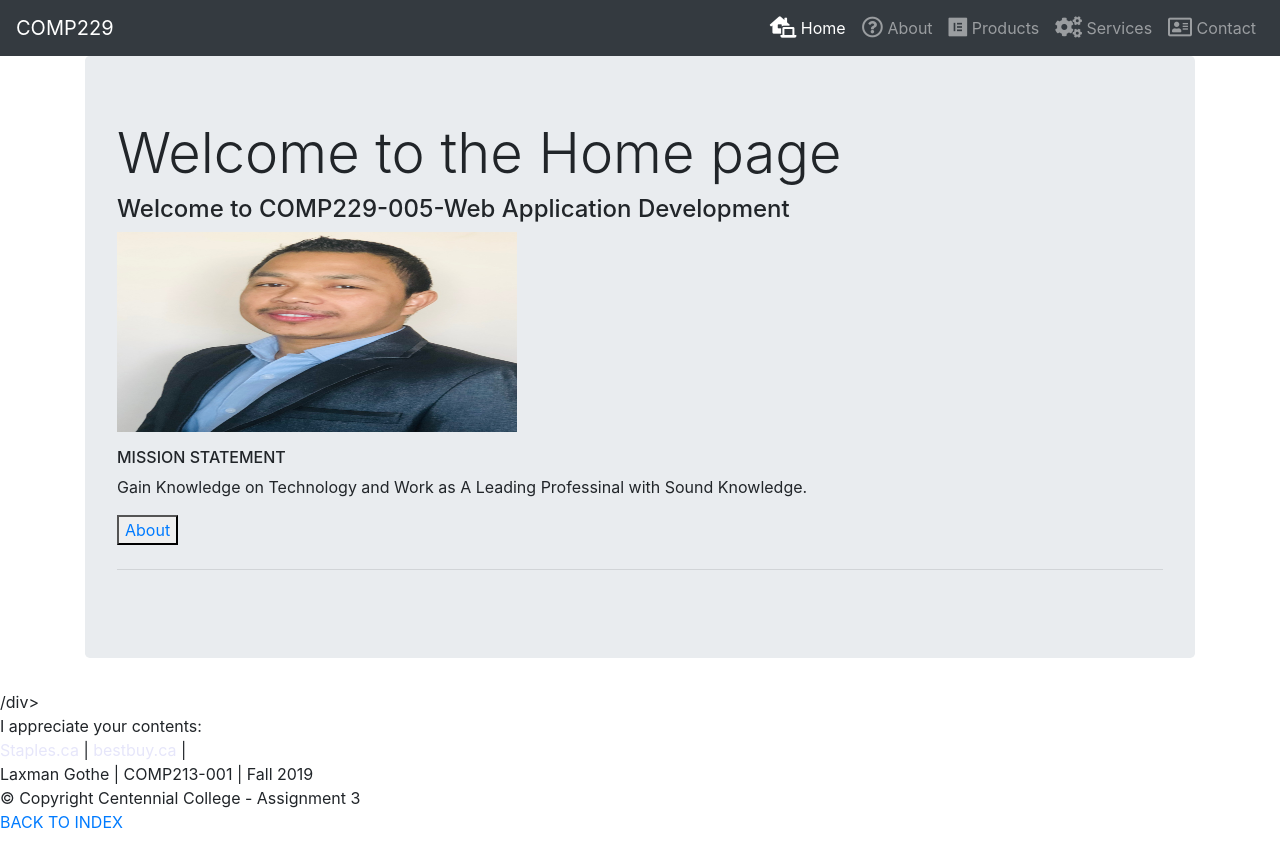
Repository: laxmangothe2020/COMP229Assignment
Page: http://localhost/
An editor plug-in stored every save of this project. The page is shown before and after the next save, followed by the edit.
The browser window is 1280 px wide. The pictures show the whole page.
The page is served by the project's Node server (server.js). Other server files are loaded and not shown.

Above is the page before, as saved 2021-02-10 23:44:34.

### views/index.ejs

<%- include partials/header.ejs %>

   <%- include partials/main_nav.ejs %>

      <!-- Main Contain -->
   <main class="container">
    <div class="jumbotron">
    <h1 class="display-4"> Welcome to the <%= title %> page </h1>
    <!--Using Switch case all infornation passed through here-->
      <% switch (title) {
        case 'Home' : %>
        <%- include partials/home.ejs %>
                <% break;

        case 'About' : %>
        <%- include partials/about.ejs %>
                <% break;

        case 'Products' : %>
        <%- include partials/products.ejs %>
                <% break;

        case 'Services' : %>
        <%- include partials/services.ejs %>
                <% break;

        case 'Contact' : %>
        <%- include partials/contact.ejs %>
              <% break;
       } %>
      <hr class="my-4">
    </div>
  </main>

   <%- include partials/bottom_nav.ejs %>


    <%- include partials/footer.ejs %>

### views/partials/header.ejs

<!DOCTYPE html>
<html lang="en">
  <head>
   <meta charset="UTF-8">
   <meta name="viewport" content="with=device-width, initial-scale=1.0">
    <title><%= title %></title>

  <!-- CSS Section-->
  <link rel="stylesheet" href="/bootstrap/dist/css/bootstrap.min.css">
  <link rel="stylesheet" href="/@fortawesome/fontawesome-free/css/all.min.css">
  <link rel='stylesheet' href='/Content/app.css'/>

</head>
<body>

### views/partials/main_nav.ejs
<!-- Main Navigation -->
   <nav class="navbar navbar-expand-lg navbar-dark bg-dark">
      <a class="navbar-brand" href="/">COMP229</a>
      <button class="navbar-toggler" type="button" data-toggle="collapse" data-target="#navbarSupportedContent" aria-controls="navbarSupportedContent" aria-expanded="false" aria-label="Toggle navigation">
       <span class="navbar-toggler-icon"></span>
     </button>

     <div class="collapse navbar-collapse" id="navbarSupportedContent">
        <ul class="navbar-nav ml-auto">

          <% if (title == "Home") { %>
        <li class="nav-item active">
        <% } else { %>
        <li class="nav-item">
        <% } %>
          <a class="nav-link" href="/home"><i class="fas fa-lg fa-laptop-house"></i> Home </a>
        </li>

        <% if (title == "About") { %>
          <li class="nav-item active">
          <% } else { %>
          <li class="nav-item">
          <% } %>
        <a class="nav-link" href="/about"><i class="far fa-lg fa-question-circle"></i> About </a>
        </li>

        <% if (title == "Products") { %>
          <li class="nav-item active">
          <% } else { %>
          <li class="nav-item">
          <% } %>
        <a class="nav-link" href="/products"><i class="fab fa-lg fa-elementor"></i> Products </a>
        </li>

        <% if (title == "Services") { %>
          <li class="nav-item active">
          <% } else { %>
          <li class="nav-item">
          <% } %>
        <a class="nav-link" href="/services"><i class="fas fa-lg fa-cogs"></i> Services </a>
        </li>

        <% if (title == "Contact") { %>
          <li class="nav-item active">
          <% } else { %>
          <li class="nav-item">
          <% } %>
        <a class="nav-link" href="/contact"><i class="far fa-lg fa-address-card"></i> Contact </a>

        </li>

      </div>
    </nav>

### views/partials/home.ejs
<body>

    <div class="content">
        <h4>Welcome to COMP229-005-Web Application Development</h4>
        <img src="./Assets/images/lax.jpeg" width="400" height="200" >
        <p>
            <h6> MISSION STATEMENT</h6> Gain Knowledge on Technology and Work as A Leading Professinal with Sound Knowledge.
        </p>
        <p>
            <button class="active"><a href="/about"> About </a></button>
        </p>
    </div>

</body>

### views/partials/about.ejs


    <div id="contentEditable">


                    <div style="background-color: #C0C0C0;margin-bottom: 10px">
                        <h3 style="padding-left: 40px;padding-top:20px;color: #AA7439"> About Me </h3>
                        <div style="width: 100%;height:100%;background-color:#C0C0C0;">
                            <img src="./Assets/images/laxman.jpeg" alt="Security for Life" width="15%" style="float: right;margin-left: 30px;margin-right:30px">
                           <p style="padding-left:15px; padding-right: 10px; color:#696969;margin:20px;text-align: justify;line-height:1.7;padding-bottom: 20px;">
                             &nbsp;&nbsp;&nbsp;&nbsp;&nbsp;&nbsp;&nbsp;&nbsp;The Civil Homes REALTORS® is a small, family owned real estate company with full-time Professional REALTORS®. We have been in business in Madison since 1990 and have helped hundreds of people and families buy and sell homes throughout the years all over Madison, Dane County and the surrounding counties. The Civil Homes REALTORS® is licensed in the State of Toronto.
                             <br>
                             <br>&nbsp;&nbsp;&nbsp;&nbsp;&nbsp;&nbsp;&nbsp;&nbsp;We pride ourselves on the quality of service that we provide, not the quantity that we sell. We find that our clients are extremely satisfied with the services we provide, because they know that our first concern is always their best interests. The wants and needs of our clients are always at the forefront of our business practices and are the driving force behind all that we do.

                           </p>
    </div>


        </div>


        </div>
<p><a href="/public/PDF/resume.pdf"> Resume </a></button></p>

### views/partials/products.ejs
<div class="row">
    <div class="column">
        <img src="./Assets/images/mobile.jpg" width="350" height="250" >
        <p> The main purpose to develop this project is<br>
            to roll the dice. we have two diaces here, <br>
            when we click on the roll button, it shows<br>
            the number and also shows the total number<br>
            by adding the number of both dice.</p>
    </div>
    <div class="column">
        <img src="./Assets/images/game.jpg" width="350" height="250" >
        <p> This is the Slot Machine Project. The main<br>
            purpose to develop this project is to show<br>
            how the jackpot works. When we bet  amount<br>
            and play,it shows either we win the game or<br>
            loose. It shows credic, balance and jackpot.</p>
    </div>
    <div class="column">
        <img src="./Assets/images/software.jpg" width="350" height="250" >
        <p> This is a 5 page project of Web Application<br>
            The main purpose to develop this project is <br>
            to run multi-pages and show the importance <br>
            of each pages. Home, About, Products, Services<br>
            and Contact pages are the pages of this project</p>
    </div>
 </div>

### views/partials/services.ejs
<div class="row">
    <div class="column">
        <img src="./Assets/images/qualityassurance.jpg" width="350" height="250" >
    </div>
    <div class="column">
        <img src="./Assets/images/softwaredev.jpg" width="350" height="250" >
    </div>
    <div class="column">
        <img src="./Assets/images/technical.jpg" width="350" height="250" >
    </div>
    <h3>Our Services:</h3> <br>
        <p>We work for several aspects of IT related tasks. Our Main purpose is to make sure on the Quality of our products.
            Similarly, Web designing, coding by using C#, JavaScript, Database are our major focus. We provide service to the customer
            in a fast paced way. All the customers are happy with our Service.
        </p>
</div>

### views/partials/contact.ejs
<div class="container">
    <h1 class="display-5">CONTACT FIELD</h1>
    <div id="errorMessage" class="alert alert-danger" role="alert" hidden>

    </div>
    <hr>
    <form id="conactForm">
      <div class="form-group">
        <label for="firstName">First Name</label>
        <input type="text" class="form-control" id="firstName" name="firstName" aria-describedby="firstName"
        placeholder="Enter First Name" required autofocus>
      </div>

      <div class="form-group">
        <label for="lastName">Last Name</label>
        <input type="text" class="form-control" id="lastName" name="lastName" aria-describedby="lastName"
        placeholder="Enter Last Name" required>
      </div>

      <div class="form-group">
        <label for="contactNumber">Contact Number</label>
        <input type="tel" class="form-control" id="contactNumber" name="contactNumber" aria-describedby="contactNumber"
        placeholder="Enter Contact Number" required>
      </div>

      <div class="form-group">
        <label for="emailAddress">Email address</label>
        <input type="email" class="form-control" id="emailAddress" name="emailAddress" aria-describedby="emailAddress"
        placeholder="Enter Email" required>
      </div>

      <div class="form-group">
        <label for="shortMessage">Your Message</label>
        <textarea class="form-control" id="shortMessage"  name="shortMessage" rows="3" aria-describedby="shortMessage" placeholder="--If you have Short message, please write here--" required></textarea></textarea>
      </div>

      <a href="/"><button type="button" value="Submit"class="btn btn-primary btn-lg"><i class="fas fa-file-import"></i>Send</button></a>
      <!--<button id="submitButton" type="submit" class="btn btn-primary btn-lg"><i class="fas fa-share-square"></i> Send</button> -->
      <button id="resetButton" type="reset" class="btn btn-warning btn-lg"><i class="fas fa-redo"></i> Reset</button>
      <br>
      <br>
      <br>
    </form>

  </div>

### views/partials/bottom_nav.ejs
<!-- Bottom Nav -->

    /div>
            <footer>
                    <p style="font-size: medium;">I appreciate your contents: <br>
                        <a href="https://www.staples.ca" style="text-decoration: none;color:lavender">Staples.ca</a>
                        | <a href="https://www.bestbuy.ca" style="text-decoration: none;color:lavender">bestbuy.ca</a> |

                         <br>
                    Laxman Gothe | COMP213-001 | Fall 2019
                <br>&copy;&nbsp;Copyright Centennial College - Assignment 3  <br>
            <a href="../index.html">BACK TO INDEX</a></p>
            </footer>

        </div>

### views/partials/footer.ejs
<!-- Script Section-->
    <script src="/jquery/dist/jquery.min.js"></script>
    <script src="/bootstrap/dist/js/bootstrap.min.js"></script>
    <script src="/Scripts/app.js"></script>
 </body>
</html>

### server.js
#!/usr/bin/env node

/**
 * Module dependencies.
 */

let app = require('./app');
let debug = require('debug')('week4:server');
let http = require('http');

/**
 * Get port from environment and store in Express.
 */

let port = normalizePort(process.env.PORT || '3000');
app.set('port', port);

/**
 * Create HTTP server.
 */

let server = http.createServer(app);

/**
 * Listen on provided port, on all network interfaces.
 */

server.listen(port);
server.on('error', onError);
server.on('listening', onListening);

/**
 * Normalize a port into a number, string, or false.
 */

function normalizePort(val) {
  let port = parseInt(val, 10);

  if (isNaN(port)) {
    // named pipe
    return val;
  }

  if (port >= 0) {
    // port number
    return port;
  }

  return false;
}

/**
 * Event listener for HTTP server "error" event.
 */

function onError(error) {
  if (error.syscall !== 'listen') {
    throw error;
  }

  let bind = typeof port === 'string'
    ? 'Pipe ' + port
    : 'Port ' + port;

  // handle specific listen errors with friendly messages
  switch (error.code) {
    case 'EACCES':
      console.error(bind + ' requires elevated privileges');
      process.exit(1);
      break;
    case 'EADDRINUSE':
      console.error(bind + ' is already in use');
      process.exit(1);
      break;
    default:
      throw error;
  }
}

/**
 * Event listener for HTTP server "listening" event.
 */

function onListening() {
  let addr = server.address();
  let bind = typeof addr === 'string'
    ? 'pipe ' + addr
    : 'port ' + addr.port;
  debug('Listening on ' + bind);
}

### routes/index.js
var express = require('express');
var router = express.Router();

/* GET home page. */
router.get('/', function(req, res, next) {
  res.render('index', { title: 'Home'});
});

/* GET home page. */
router.get('/home', function(req, res, next) {
  res.render('index', { title: 'Home'});
});

/* GET About page. */
router.get('/about', function(req, res, next) {
  res.render('index', { title: 'About'});
});

/* GET Products page. */
router.get('/products', function(req, res, next) {
  res.render('index', { title: 'Products'});
});

/* GET Services page. */
router.get('/services', function(req, res, next) {
  res.render('index', { title: 'Services'});
});


/* GET Contact us page. */
router.get('/contact', function(req, res, next) {
  res.render('index', { title: 'Contact'});
});

module.exports = router;

### app.js
//installed third party packages
let createError = require('http-errors');
let express = require('express');
let path = require('path');
let cookieParser = require('cookie-parser');
let logger = require('morgan');

let indexRouter = require('./routes/index');
let usersRouter = require('./routes/users');

let app = express();

// view engine setup
app.set('views', path.join(__dirname, 'views'));
app.set('view engine', 'ejs');

app.use(logger('dev'));
app.use(express.json());
app.use(express.urlencoded({ extended: false }));
app.use(cookieParser());
app.use(express.static(path.join(__dirname, 'public')));
app.use(express.static(path.join(__dirname, 'node_modules')));

app.use('/', indexRouter);
app.use('/users', usersRouter);
app.use('/public/images', express.static('./public/images') ) ;
app.use('/public/PDF', express.static('./public/PDF'));
app.use('/views/partials', express.static('./views/partials'));


// catch 404 and forward to error handler
app.use(function(req, res, next) {
  next(createError(404));
});

// error handler
app.use(function(err, req, res, next) {
  // set locals, only providing error in development
  res.locals.message = err.message;
  res.locals.error = req.app.get('env') === 'development' ? err : {};

  // render the error page
  res.status(err.status || 500);
  res.render('error');
  res.render('error', {title: 'Error'});
});

module.exports = app;

### public/Content/app.css
/* Custom CSS goes here */

### public/Scripts/app.js
// IIFE
(function(){
    function start()
    {
        console.log("App started...")
    }
    window.addEventListener("load", start);

})();

After the next save:
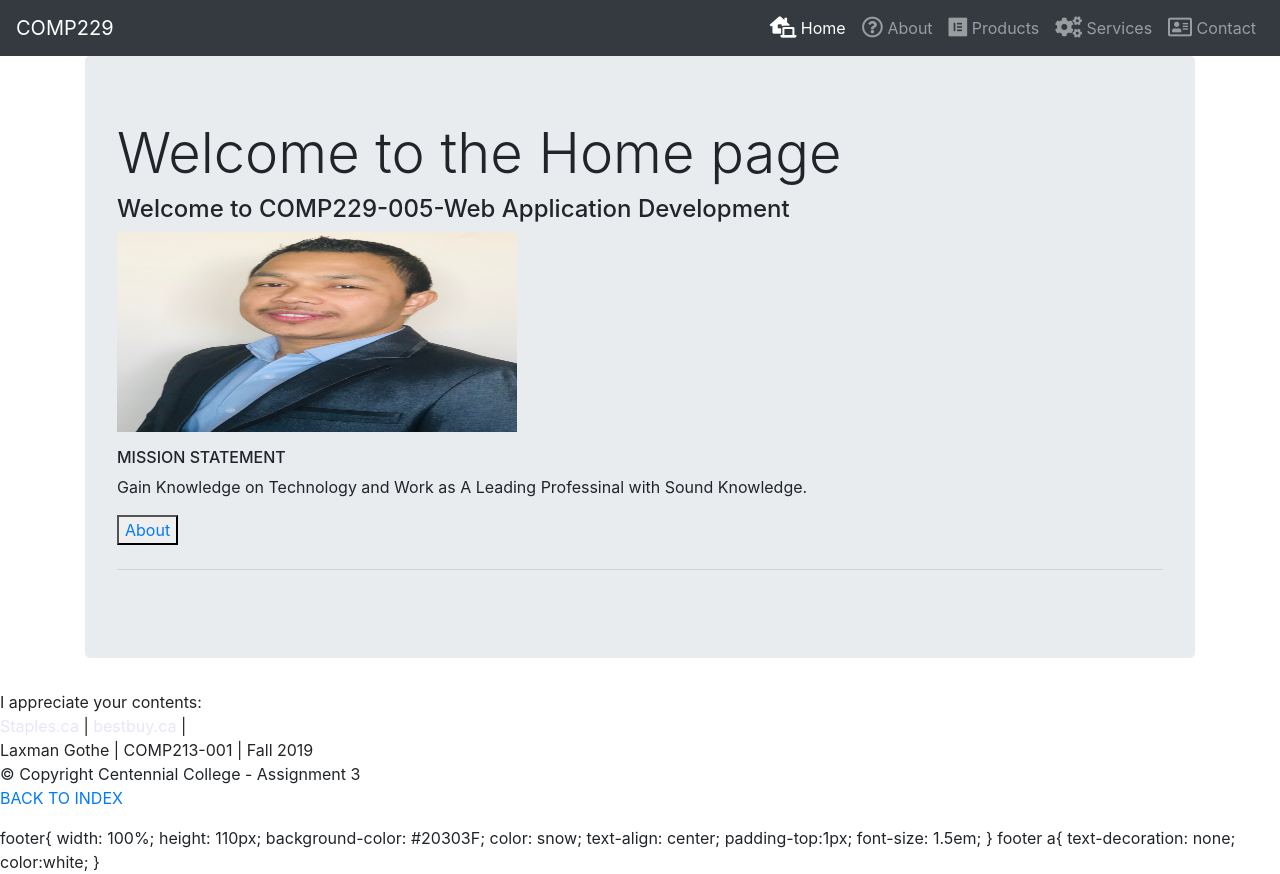
Saved 6 min 25 s later.
--- a/views/partials/bottom_nav.ejs
+++ b/views/partials/bottom_nav.ejs
@@ -1,6 +1,6 @@
 <!-- Bottom Nav -->
 
-    /div>
+    </div>
             <footer>
                     <p style="font-size: medium;">I appreciate your contents: <br>
                         <a href="https://www.staples.ca" style="text-decoration: none;color:lavender">Staples.ca</a>
@@ -13,3 +13,19 @@
             </footer>
 
         </div>
+       footer{
+    width: 100%;
+    height: 110px;
+    background-color: 	#20303F;
+    color: snow;
+    text-align: center;
+    padding-top:1px;
+    font-size: 1.5em;
+
+}
+footer a{
+    text-decoration: none;
+    color:white;
+}
+
+    </footer>
